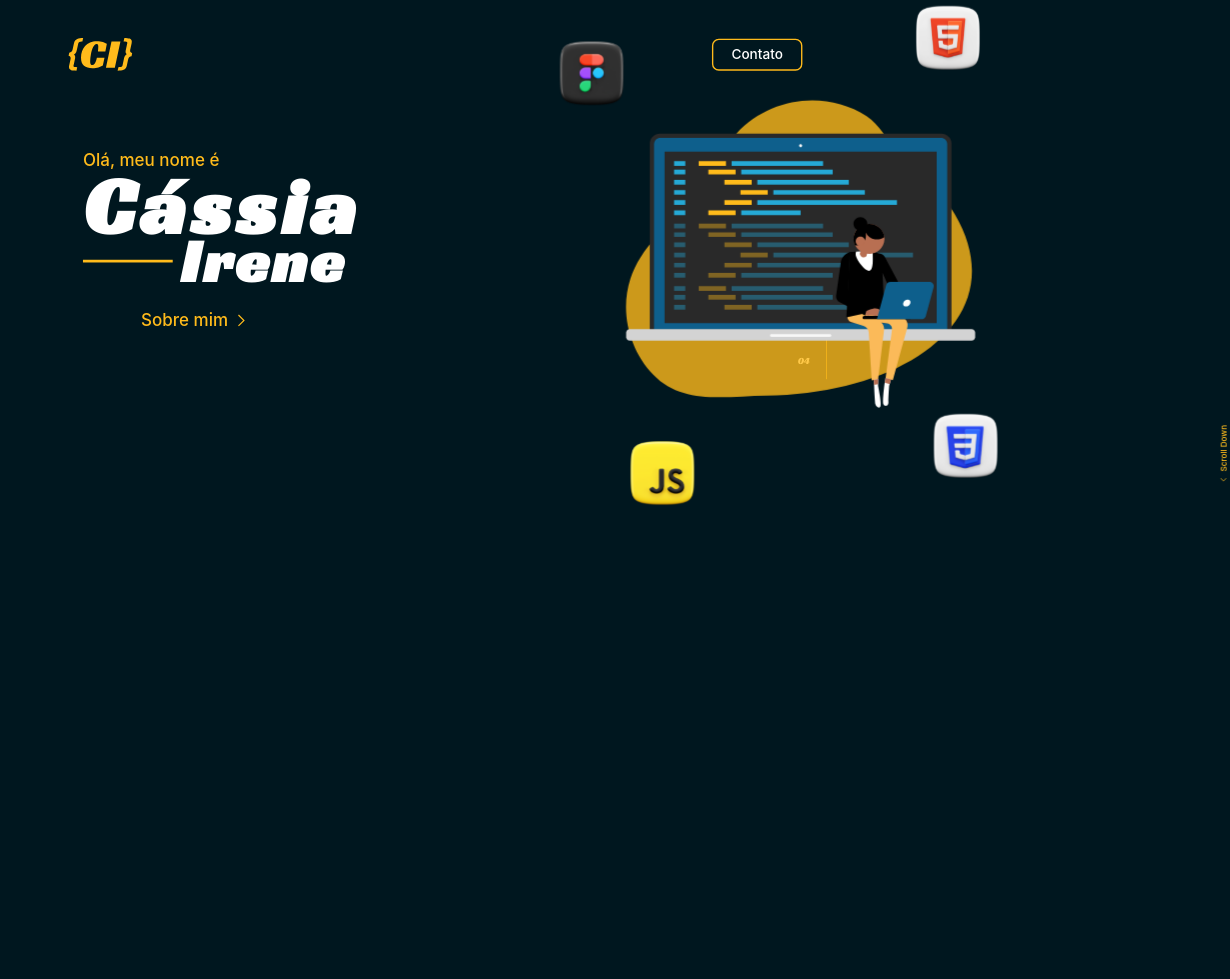
Repository: Cassia-Irene/My-Portfolio
Page: /
These files come from the project's save history. The page is drawn as it stood at one moment and after the next save; the edit follows.
The browser window is 1280 px wide. The page is 1809 px wide, so the pictures cover 1809 px, including what lies to the right of the window. The pictures show the whole page, at 68% of full size.
The project was rebuilt for these pictures with package versions that can differ from the ones it lists, and the page was loaded fresh each time. Also part of the build but not shown: vite.config.ts.

Above is the page before, as saved 2025-08-03 21:55:52.

After the next save:
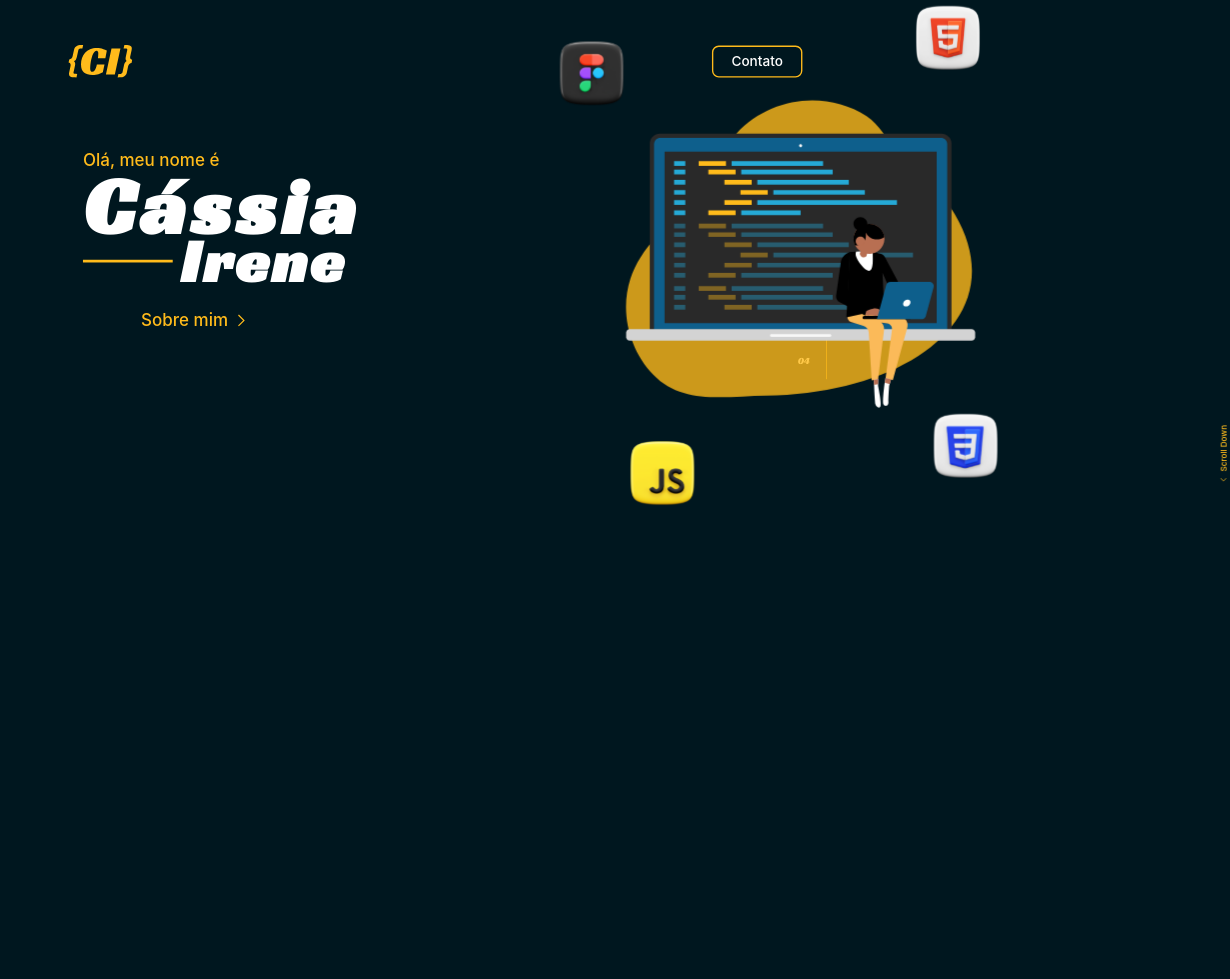
Saved 7 s later.
--- a/src/Header.tsx
+++ b/src/Header.tsx
@@ -7,7 +7,7 @@
     display: flex;
     justify-content: space-between;
     align-items: center;
-    padding: 80px 100px;
+    padding: 80px 100px 0px;
     z-index: 1000;
     height: 100px;
     background-color: ${({ isScrolled }) => (isScrolled ? "#00171F" : "transparent")};

After the save that followed:
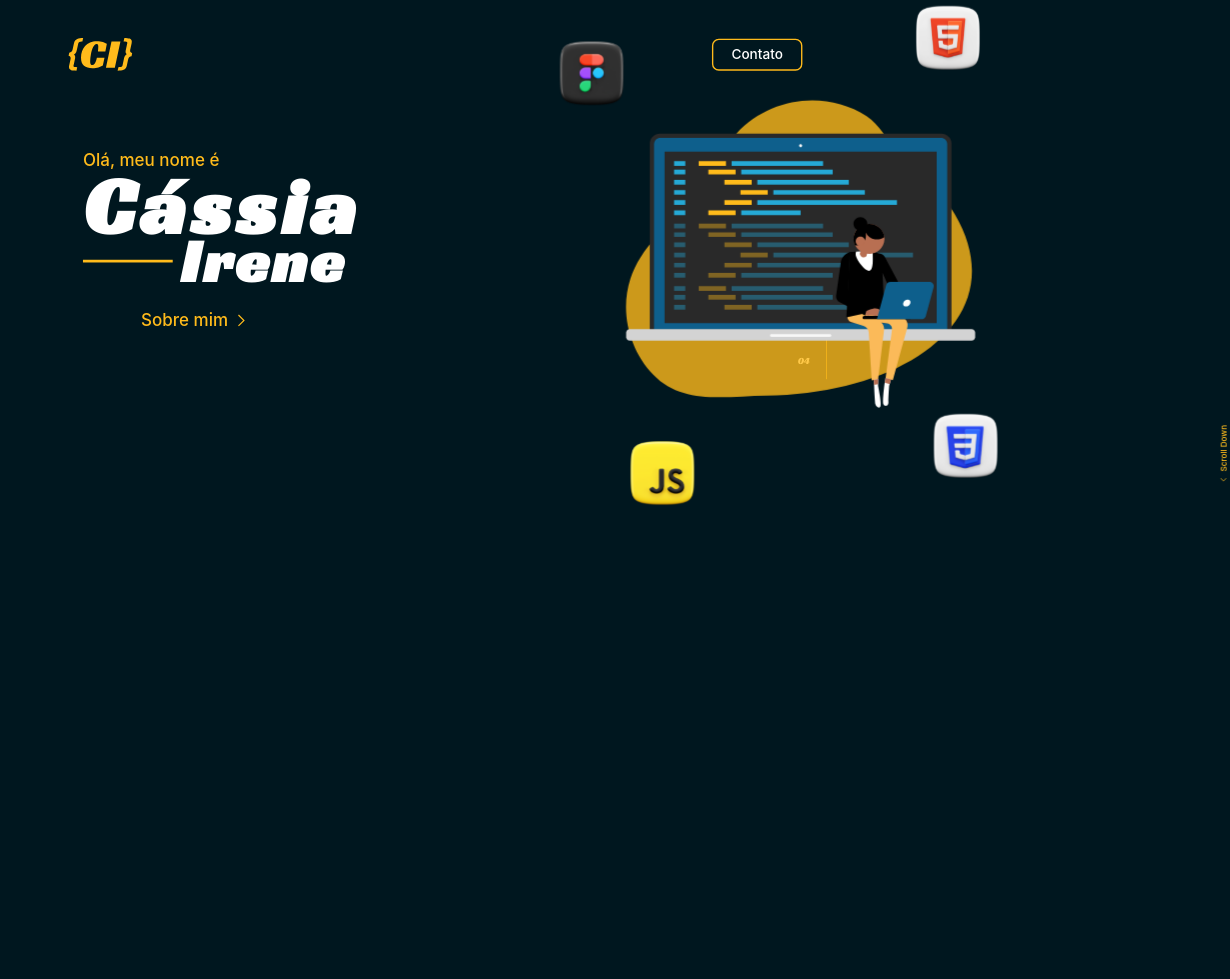
Saved 16 s later.
--- a/src/Header.tsx
+++ b/src/Header.tsx
@@ -7,7 +7,7 @@
     display: flex;
     justify-content: space-between;
     align-items: center;
-    padding: 80px 100px 0px;
+    padding: 80px 100px 30px;
     z-index: 1000;
     height: 100px;
     background-color: ${({ isScrolled }) => (isScrolled ? "#00171F" : "transparent")};
